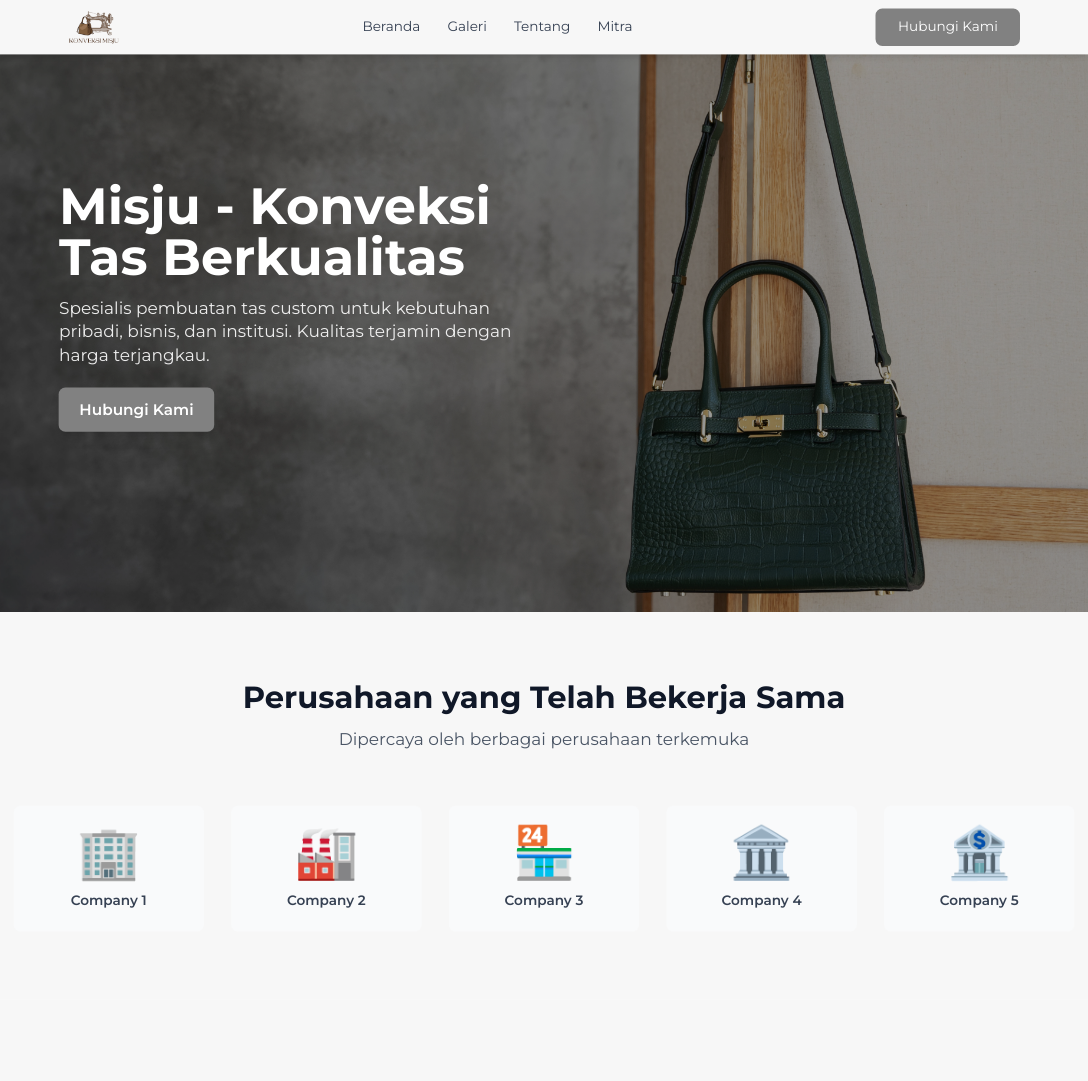
Repository: faridfirdaus-fred/konveksi_misju
Page: /
These files come from the project's save history. The page is drawn as it stood at one moment and after a run of saves; the edit follows.
The browser window is 1280 px wide. The pictures show the part of the page from y = 0 to 1272 px (the page is 3400 px tall), at 85% of full size.
Pictures or frames that could not be fetched are drawn as grey boxes. The project was rebuilt for these pictures with package versions that can differ from the ones it lists, and the page was loaded fresh each time. Also part of the build but not shown: vite.config.js.

Above is the page before, as saved 2026-01-09 19:57:23.

After the next 2 saves:
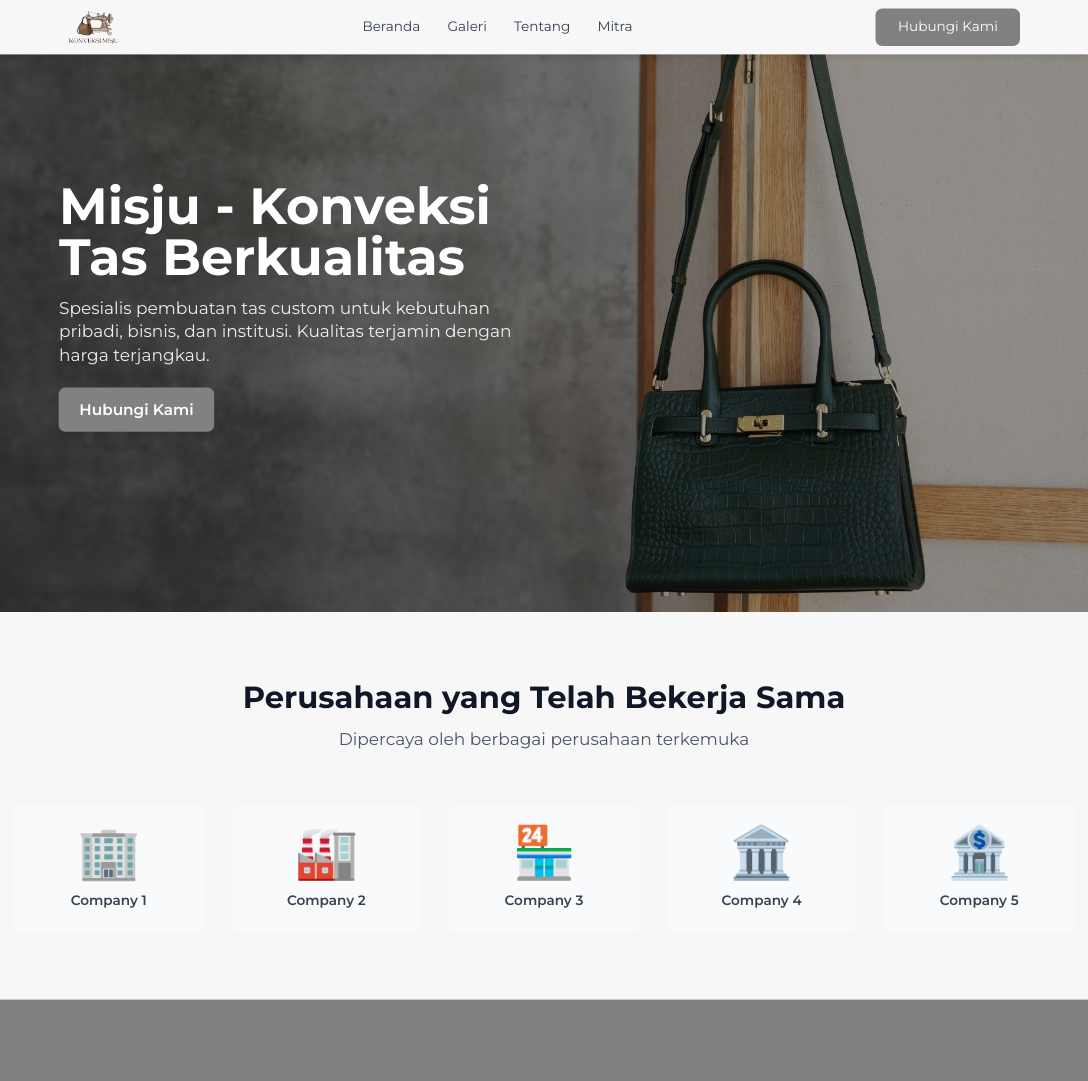
The 2 saves are shown as one change because they came seconds apart.
The last was saved 24 s later.
--- a/src/components/Hero_Bottom.jsx
+++ b/src/components/Hero_Bottom.jsx
@@ -38,7 +38,7 @@
   }
 
   return (
-    <section id="home" className="pt-12 pb-12 md:pt-24 md:pb-20 bg-secondary">
+    <section id="home" className="pt-12 pb-12 md:pt-24 md:pb-20 bg-primary">
       <div className=" mx-auto ">
         {/* Mobile First Layout */}
         <div className="flex flex-col md:flex-row gap-6 md:gap-12 items-center">
